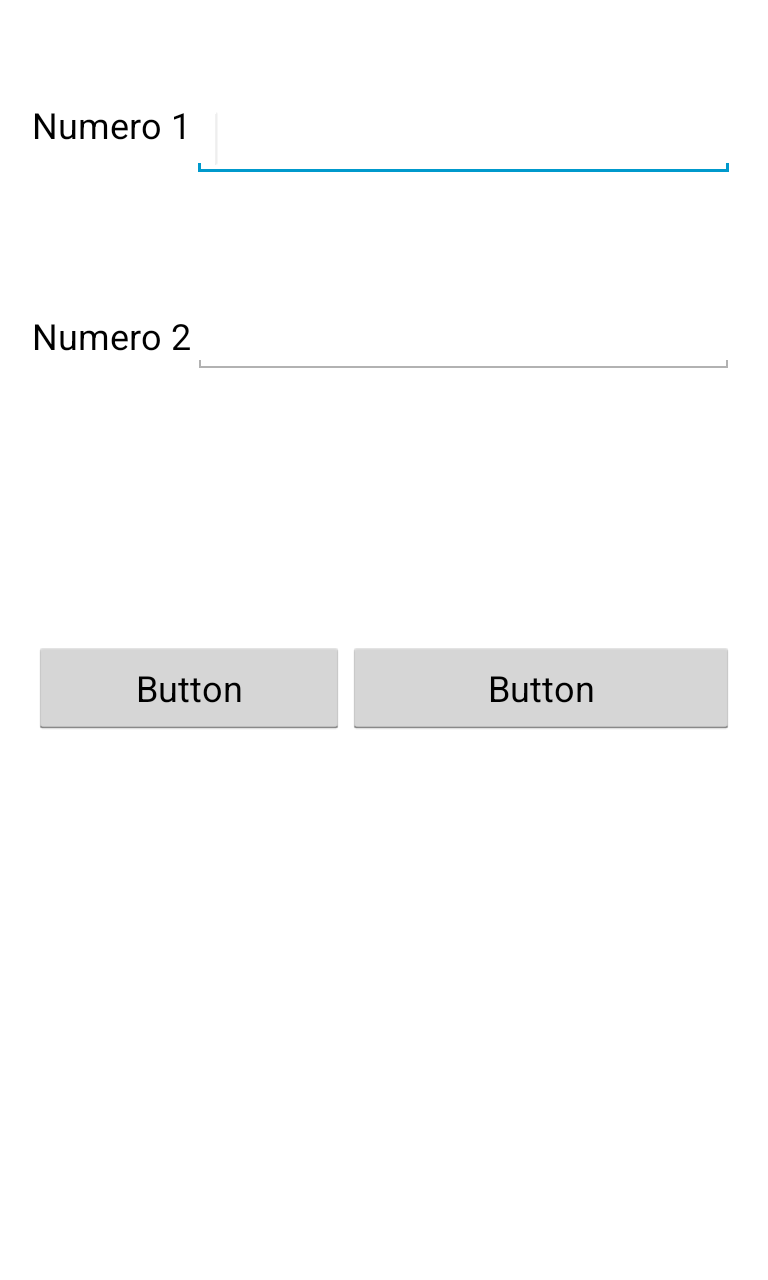
Repository: evervasquez/CursoAndroid
Layout: Precalculadora/res/layout/fragment_main.xml
An editor plug-in stored every save of this project. The layout is shown before and after a run of saves, followed by the edit.
It is drawn on a 768 x 1280 px phone screen (xhdpi) without system bars, with theme AppTheme; the app's code is not run.

Above is the layout before, as saved 2014-04-29 03:35:50.

After the next 3 saves:
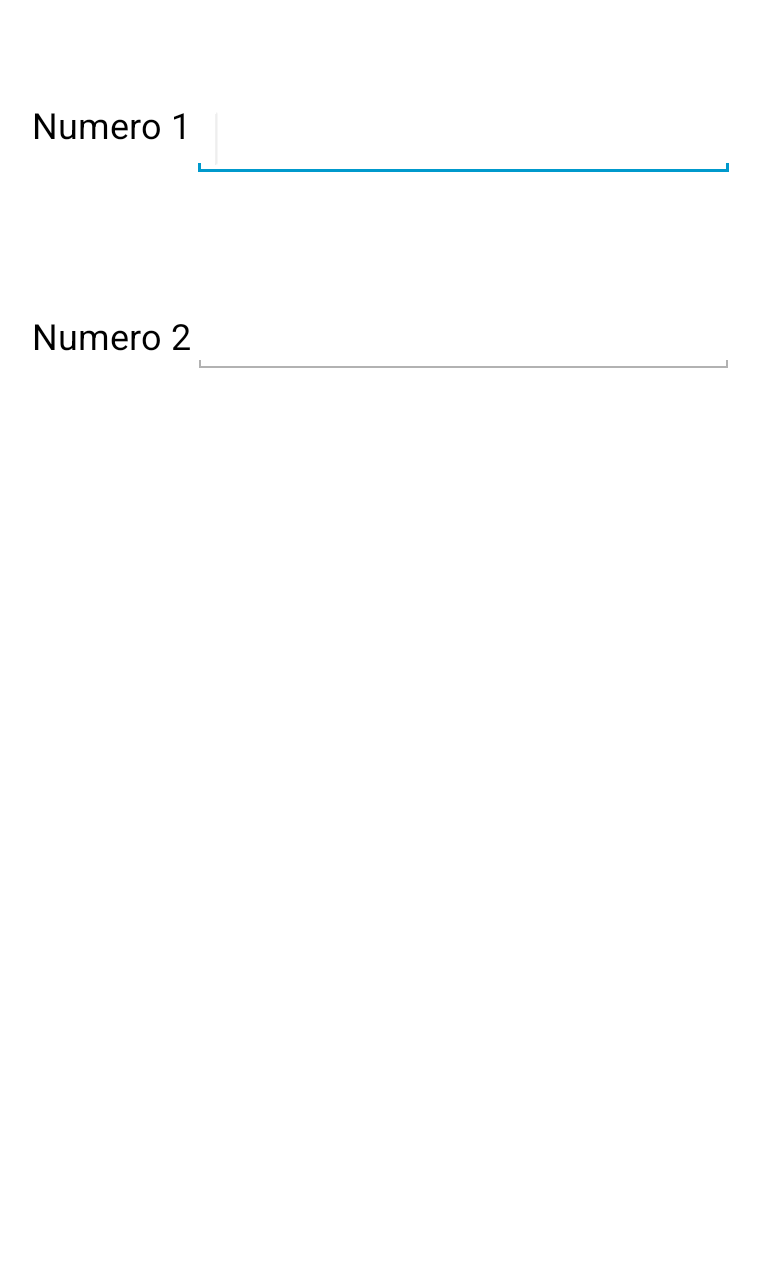
The 3 saves are shown as one change because they came seconds apart.
The last was saved 18 s later.
--- a/Precalculadora/res/layout/fragment_main.xml
+++ b/Precalculadora/res/layout/fragment_main.xml
@@ -66,26 +66,7 @@
 	    android:layout_width="fill_parent"
 	    android:layout_height="0dp"
 	    android:layout_weight="1"
-	    android:orientation="horizontal" >
-
-		<LinearLayout
-		    android:layout_width="match_parent"
-		    android:layout_height="wrap_content" >
-
-		    <Button
-		        android:id="@+id/button1"
-		        android:layout_width="wrap_content"
-		        android:layout_height="wrap_content"
-		        android:layout_weight="0.53"
-		        android:text="Button" />
-
-		    <Button
-		        android:id="@+id/button2"
-		        android:layout_width="wrap_content"
-		        android:layout_height="wrap_content"
-		        android:layout_weight="0.78"
-		        android:text="Button" />
-		</LinearLayout>
+	    android:orientation="vertical" >
 
 	</LinearLayout>
 
